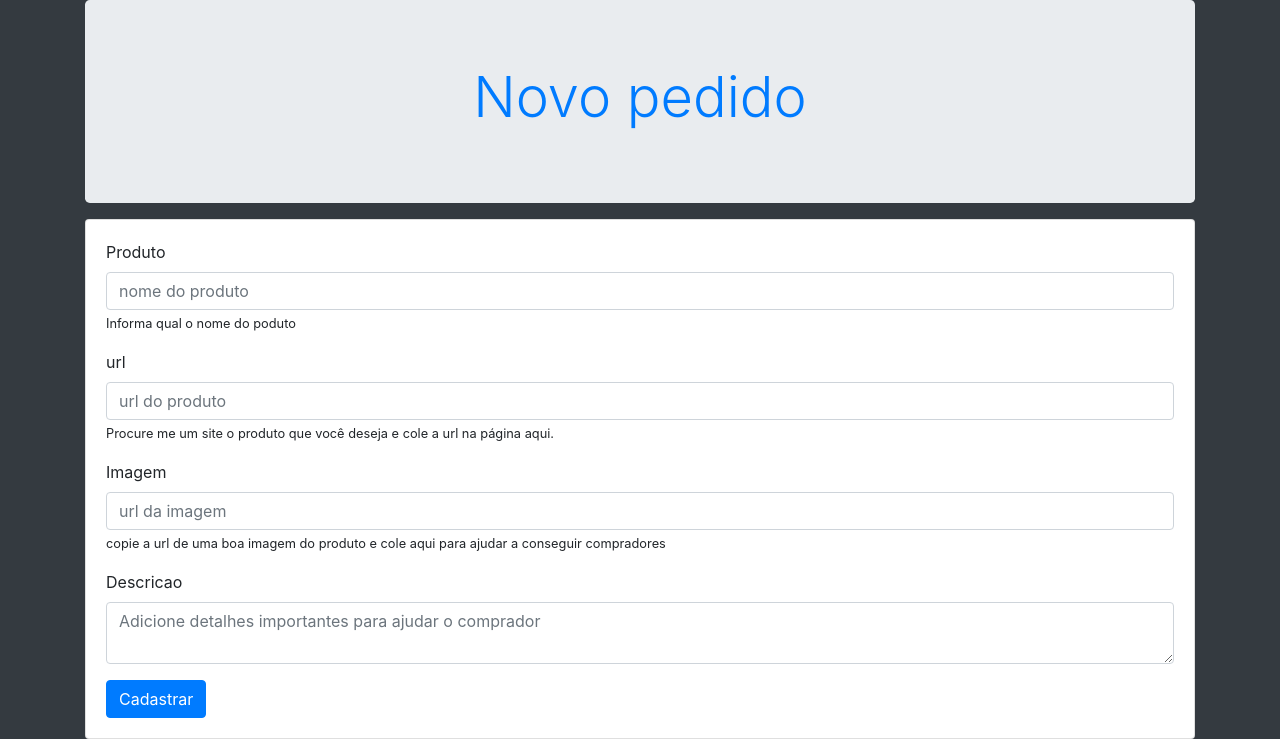
Repository: Erick-Fernandes-dev/Spring_MVC_Part2
Page: http://localhost/pedido/formulario
The author's editor kept a copy of each file at every save. The page is drawn from the files as they stood at one save, then again after the next save.
The browser window is 1280 px wide. The pictures show the whole page.
The page is this project's Thymeleaf template; nobody is signed in. The template is opened directly, without the code that normally fills it, so the values that code supplies are empty.

Above is the page before, as saved 2022-05-26 18:55:00.

### mudi/src/main/resources/templates/pedido/formulario.html
<!DOCTYPE html>
<html>
<head>
	<meta charset="UTF-8">
	<title>Insert title here</title>
	<link rel="stylesheet"
		href="https://stackpath.bootstrapcdn.com/bootstrap/4.5.2/css/bootstrap.min.css"
		integrity="sha384-JcKb8q3iqJ61gNV9KGb8thSsNjpSL0n8PARn9HuZOnIxN0hoP+VmmDGMN5t9UJ0Z"
		crossorigin="anonymous">

	<style type="text/css">

		.logo-container {

			background-color: #47bcff;


		}

	</style>


</head>
</head>

<body class="bg-dark">

	<div class="container">

		<div class="jumbotron mb-0">

			<h1 class="display-4 text-primary" style="text-align: center;">Novo pedido</h1>

		</div>

		<div class="card mt-3">
			<form th:object = "${requisicaoNovoPedido}" class = "card-body" action="/pedido/novo" method="post">

				<div class="form-group">

					<label for="nomeProduto">Produto</label>
					<input th:field = "*{nomeProduto}" th:errorclass = "is-invalid" class = "form-control" placeholder="nome do produto">
					<small>Informa qual o nome do poduto</small>

					<div class="invalid-feedback"  th:errors = "*{nomeProduto}">
						Erros do nome do produto
					</div>

				</div>

				<div class="form-group">

					<label for="urlProduto">url</label>
					<input th:field = "*{urlProduto}" th:errorclass = "is-invalid" class = "form-control" placeholder="url do produto">
					<small>Procure me um site o produto que você deseja e cole a url na página aqui. </small>

					<div class="invalid-feedback" th:errors = "*{urlProduto}">
						Erros da url do produto
					</div>

				</div>


				<div class="form-group">

					<label for="urlImagem">Imagem</label>
					<input th:field = "*{urlImagem}" th:errorclass = "is-invalid" class = "form-control" placeholder="url da imagem">
					<small>copie a url de uma boa imagem do produto e cole aqui para ajudar a conseguir compradores</small>
					<div class="invalid-feedback" th:errors = "*{urlImagem}">
						Erros da url da imagem
					</div>

				</div>

				<div class="form-group">

					<label for="descricao">Descricao</label>
					<textarea th:field = "*{descricao}" class = "form-control" placeholder="Adicione detalhes importantes para ajudar o comprador"></textarea>

				</div>

				<button class="btn btn-primary" type="submit">Cadastrar</button>

			</form>
		</div>
	</div>
</body>

</html>

After the next save:
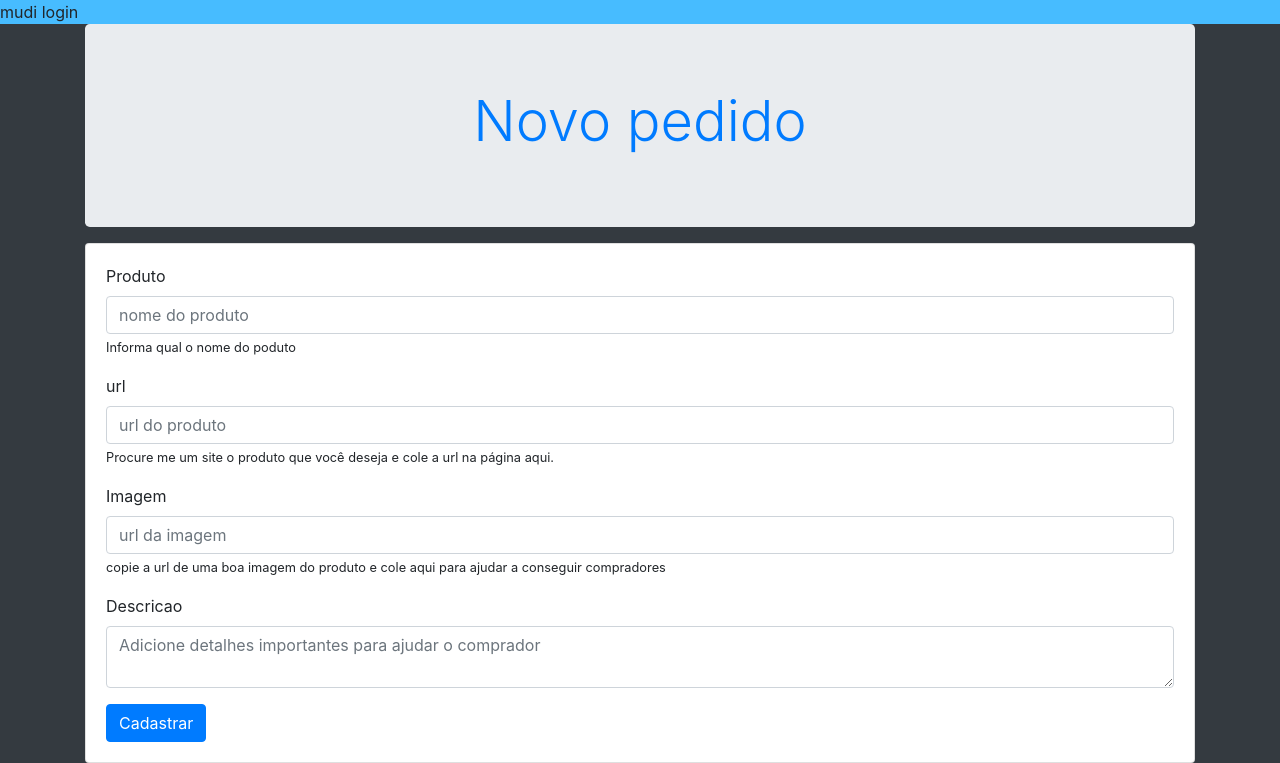
Saved 90 s later.
--- a/mudi/src/main/resources/templates/pedido/formulario.html
+++ b/mudi/src/main/resources/templates/pedido/formulario.html
@@ -14,7 +14,6 @@
 
 			background-color: #47bcff;
 
-
 		}
 
 	</style>
@@ -24,6 +23,13 @@
 </head>
 
 <body class="bg-dark">
+
+	<div class="logo-container">
+
+		<span>mudi</span>
+		<span>login</span>
+
+	</div>
 
 	<div class="container">
 
